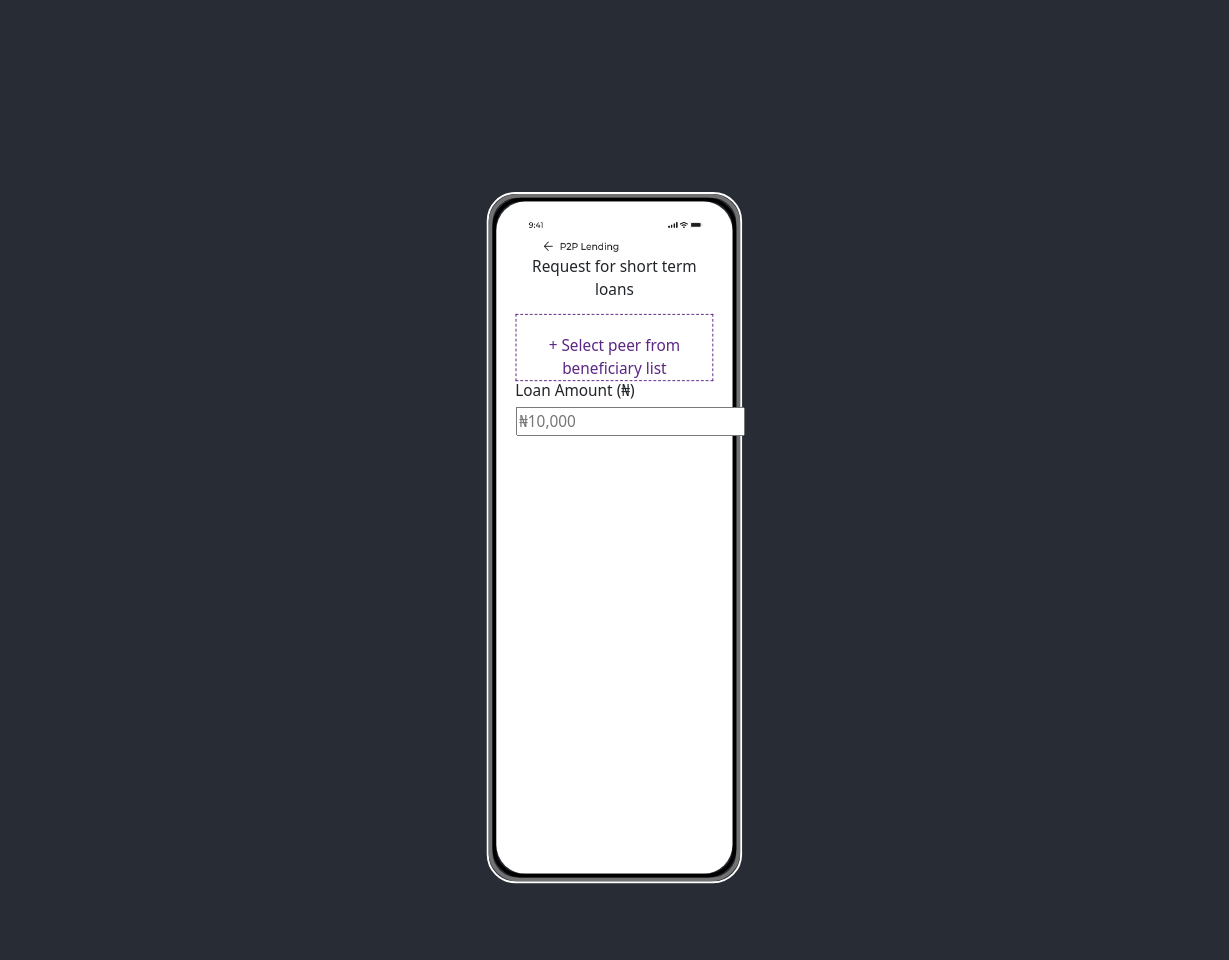
Repository: sarahnnanyelugo/fcmb-hackathon
Page: /loan-interface
The author's editor kept a copy of each file at every save. The page is drawn from the files as they stood at one save, then again after the next save.
The browser window is 1280 px wide. The pictures show the whole page, at 96% of full size.
The project was rebuilt for these pictures with package versions that can differ from the ones it lists, and the page was loaded fresh each time. Also part of the build but not shown: src/Pages/Home.js.

Above is the page before, as saved 2023-10-28 21:35:07.

### src/App.js
import "bootstrap/dist/css/bootstrap.min.css";
import { BrowserRouter, Routes, Route, Link, Outlet } from "react-router-dom";
import Home from "./Pages/Home";
import LoanInterface from "./Pages/LoanInterface";
function App() {
  return (
    <>
      <Routes>
        <Route path="/" element={<Home />} />
        <Route path="loan-interface" element={<LoanInterface />} />
      </Routes>
    </>
  );
}
export default App;

### src/Pages/LoanInterface.js
import Top from "../assets/images/top.png";
import Back from "../assets/images/back.png";

import "./style.scss";
import { useState } from "react";
import { Link } from "react-router-dom";
import Beneficiaries from "../components/Beneficiaries";

function LoanInterface() {
  return (
    <>
      <div className="app-header">
        <center>
          <div className="col-md-3">
            <center>
              <div className="col-md-10 app">
                <div className="app-inner">
                  <div className="app-inner2">
                    <div className="app-face">
                      {" "}
                      <img src={Top} alt="icon" width="100%" />{" "}
                      <div className="col-md-12">
                        {" "}
                        <Link to={"/"} style={{ float: "left" }}>
                          {" "}
                          <img src={Back} alt="icon" width="60%" />
                        </Link>
                        <p style={{ float: "left" }}>
                          Request for short term loans
                        </p>
                      </div>
                      <div className="col-md-12">
                        {" "}
                        <Beneficiaries />
                      </div>
                      <div className="col-md-12 amount">
                        <h6 style={{ float: "left" }}>Loan Amount (₦)</h6>
                        <input placeholder="₦10,000" />
                      </div>
                    </div>
                  </div>
                </div>
              </div>
            </center>
          </div>
        </center>
      </div>
    </>
  );
}

export default LoanInterface;

### src/Pages/style.scss
.app-header {
  background-color: #282c34;
  height: 1000px;
  padding-top: 200px;
  width: 100%;
}

.app {
  border: solid 2px #fff;
  height: 720px;
  border-radius: 30px;
}
.app-inner {
  border: solid 4px #717171;
  height: 100%;
  border-radius: 30px;
}
.app-inner2 {
  border: solid 4px #000;
  height: 100%;
  border-radius: 30px;
}
.app-face {
  background: #fff;
  height: 100%;
  border-radius: 30px;
  padding: 10px 20px 0px 20px;
  a {
    color: #5c2684;
    text-decoration: none;
    font-size: 12px;
    font-weight: bold;
  }
}
.flexy {
  display: flex;
}
.flexy1 {
  flex-grow: 1;
}
.balance {
  h5 {
    color: #5c2684;
    margin-bottom: 30px;
  }
  small {
    font-size: 11px;
  }
  img {
    margin-top: -10px;
  }
}
.access {
  margin-top: 50px;
  h6 {
    font-size: 12px;
    margin-top: 5px;
  }
  a {
    color: #000;
  }
}
.access2 {
  margin-top: 20px;
  margin-bottom: 20px;
  h6 {
    font-size: 12px;
    margin-top: 5px;
  }
  a {
    color: #000;
  }
}
.transactions {
  margin-top: 20px;
  h6 {
    font-size: 12px;
    margin-bottom: 0 !important;
    margin-top: 10px;
  }
  a {
    font-size: 10px;
    color: grey;
    text-decoration: none;
    margin-top: 0;
  }
}
.footer {
  border-top: solid 1px rgb(202, 201, 201);
  padding-top: 15px;
  margin-top: 10px;
  h6 {
    font-size: 11px;
  }
}
.dash {
  border-radius: 10px;
  border: solid 2px black;
  height: 2px;
}

### src/components/Beneficiaries.js
import { useState } from "react";
import Button from "react-bootstrap/Button";
import Modal from "react-bootstrap/Modal";
import "./components.scss";
import Bank from "../assets/images/bank.png";

function Beneficiaries() {
  const [show, setShow] = useState(false);

  const handleClose = () => setShow(false);
  const handleShow = () => setShow(true);

  return (
    <>
      <div onClick={handleShow} className="beneficiary-modal">
        <p>+ Select peer from beneficiary list</p>
      </div>
      <Modal
        show={show}
        onHide={handleClose}
        size="sm"
        aria-labelledby="contained-modal-title-vcenter"
        centered
      >
        <Modal.Header closeButton>
          <Modal.Title>
            <h6>Select Peer</h6>
          </Modal.Title>
        </Modal.Header>
        <Modal.Body>
          <div className="col-md-12 modal-inside">
            <form>
              <input type="search" placeholder="search" />
            </form>
            <div className="flexy">
              {" "}
              <div className="col-md-2">
                {" "}
                <img src={Bank} alt="icon" width="80%" />
              </div>
              <div>
                <h6>Team 1</h6>
                <p>Second Bank</p>
              </div>
            </div>
            <div className="flexy">
              {" "}
              <div className="col-md-2">
                {" "}
                <img src={Bank} alt="icon" width="80%" />
              </div>
              <div>
                <h6>Account name4</h6>
                <p>Bank name4</p>
              </div>
            </div>
            <div className="flexy">
              {" "}
              <div className="col-md-2">
                {" "}
                <img src={Bank} alt="icon" width="80%" />
              </div>
              <div>
                <h6>Account name3</h6>
                <p>Bank name3</p>
              </div>
            </div>
            <center>
              <a href="#">View more</a>
            </center>
          </div>
        </Modal.Body>
      </Modal>
    </>
  );
}

export default Beneficiaries;

### src/components/components.scss
.beneficiary-modal {
  height: 70px;
  width: 100%;
  border: dashed 1px #5c2684;
  margin-top: 80px;
  color: #5c2684;
  padding-top: 20px;
}
// .modal-body {
//   border: none !important;
// }
.modal-inside {
  input {
    margin-bottom: 30px;
    border: solid 1px rgb(215, 213, 213);
    width: 100%;
    padding: 5px 20px;
  }
  img {
    border-radius: 50%;
  }
  h6 {
    font-size: 13px;
    margin-bottom: 0 !important;
  }
  p {
    font-size: 11px;
  }
  a {
    color: #5c2684;
    font-size: 11px;
    font-weight: bold;
    text-decoration: none;
  }
}

Loaded but not shown: public/index.html (common file); src/index.js (common file); src/index.css (common file); src/reportWebVitals.js (common file)

After the next save:
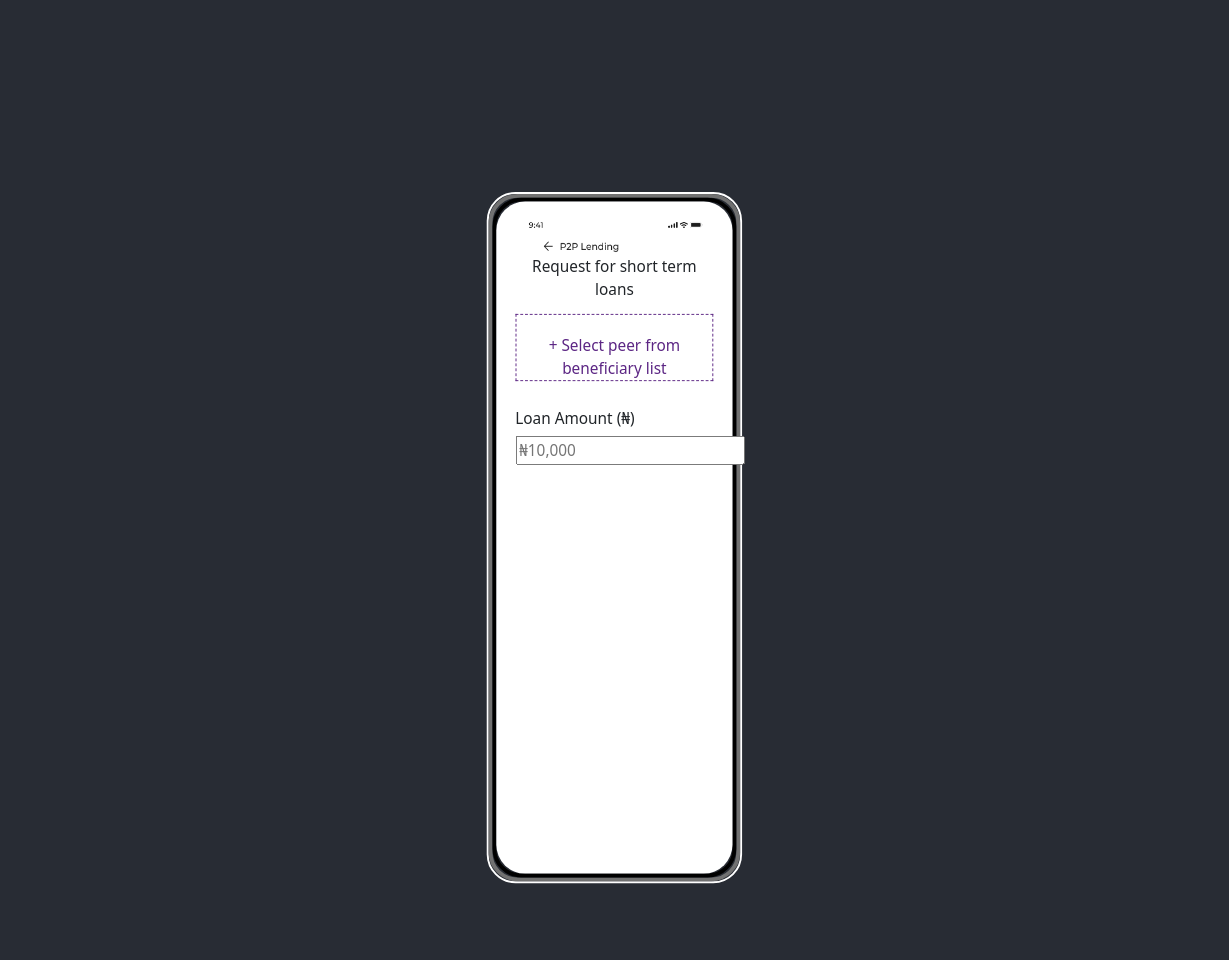
Saved 24 s later.
--- a/src/Pages/style.scss
+++ b/src/Pages/style.scss
@@ -98,3 +98,6 @@
   border: solid 2px black;
   height: 2px;
 }
+.amount {
+  margin-top: 30px;
+}
